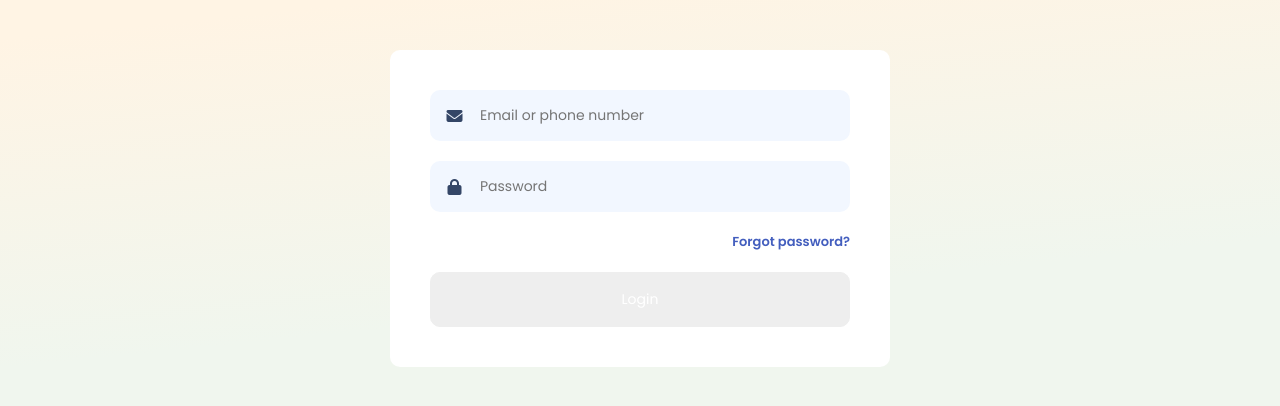
Repository: VuTuanAnh0949/loginForm
Page: index.html
The author's editor kept a copy of each file at every save. The page is drawn from the files as they stood at one save, then again after the next save.
The browser window is 1280 px wide. The pictures show the whole page.

Above is the page before, as saved 2022-04-15 21:06:32.

### index.html
<!DOCTYPE html>
<html lang="en">
<head>
  <meta charset="UTF-8">
  <meta http-equiv="X-UA-Compatible" content="IE=edge">
  <meta name="viewport" content="width=device-width, initial-scale=1.0">
  <link
  href="https://fonts.googleapis.com/css2?family=Poppins:wght@300;400;600&display=swap"
  rel="stylesheet"
/>
<link rel="stylesheet" href="style.css">
<link rel="stylesheet" href="/fontawesome-free-6.1.1-web/css/all.css">
  <title>Login</title>
</head>
<body>
  <div class="login">
    <div class="login-field">
      <i class="fa-solid fa-envelope login-icon"></i>
      <input type="email" class="login-input" placeholder="Email or phone number">
    </div>
    <div class="login-field">
      <i class="fa-solid fa-lock login-icon"></i>
      <input type="password" class="login-input" placeholder="Password">
    </div>
    <a href="#" class="login__forgot--password">Forgot password?</a>
    <button class="login-submit">Login</button>
  </div>
</body>
</html>

### style.css
html{
  font-size: 62.5%;
  font-family: "Poppins", sans-serif;
}
*{
box-sizing: border-box;
}
body{
  background-image: linear-gradient( 174.2deg,  rgba(255,244,228,1) 7.1%, rgba(240,246,238,1) 67.4% );
}
.login{
width: 500px;
margin: 50px auto;
padding: 40px;
background-color: white;
border-radius: 10px;
}
.login-field{
  display: flex;
  align-items: center;
  background-color: #f2f7ff;
  padding: 15px;
  margin-bottom: 20px;
  border-radius: 10px;
}
.login-icon{
  color: #344667;
  font-size: 16px;
  width: 20px;
  text-align: center;

}
.login-input{
  font-family: "Poppins", sans-serif;
  border: 0;
  padding: 0 0 0 16px;
  background-color: transparent;
  width: 100%;
  outline: none;
  font-size: 14px;
}
.login-submit{
  color: white;
  border-radius: 10px;
  display: block;
  width: 100%;
  border: 0;
  padding: 16px 10px;
   background-color: #435ebe;
   font-size: 14px;
   font-family: "Poppins", sans-serif;
   cursor: pointer;
   outline: none;
   border: 1px solid #eee;
  background-color: #eee;
}
.login__forgot--password{
  display: block;
  text-decoration: none;
  text-align: right;
  margin-bottom: 20px;
  font-size: 13px;
  font-weight: 600;
  color: #435ebe;
  }
.login__forgot--password:focus{
  border-color: #eee;
  background-color: white;
}

Loaded but not shown: fontawesome-free-6.1.1-web/css/all.css (library)

After the next save:
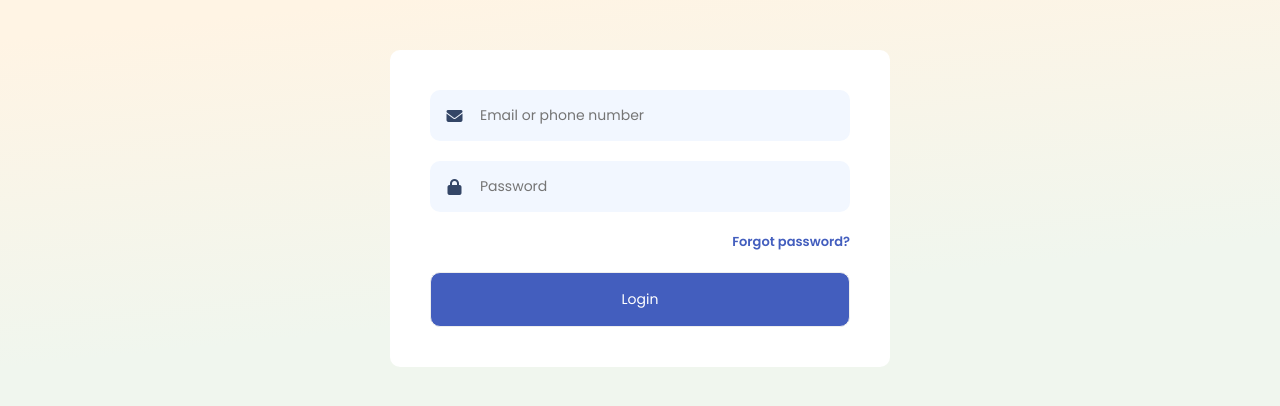
Saved 4 s later.
--- a/style.css
+++ b/style.css
@@ -52,7 +52,7 @@ border-radius: 10px;
    cursor: pointer;
    outline: none;
    border: 1px solid #eee;
-  background-color: #eee;
+
 }
 .login__forgot--password{
   display: block;
